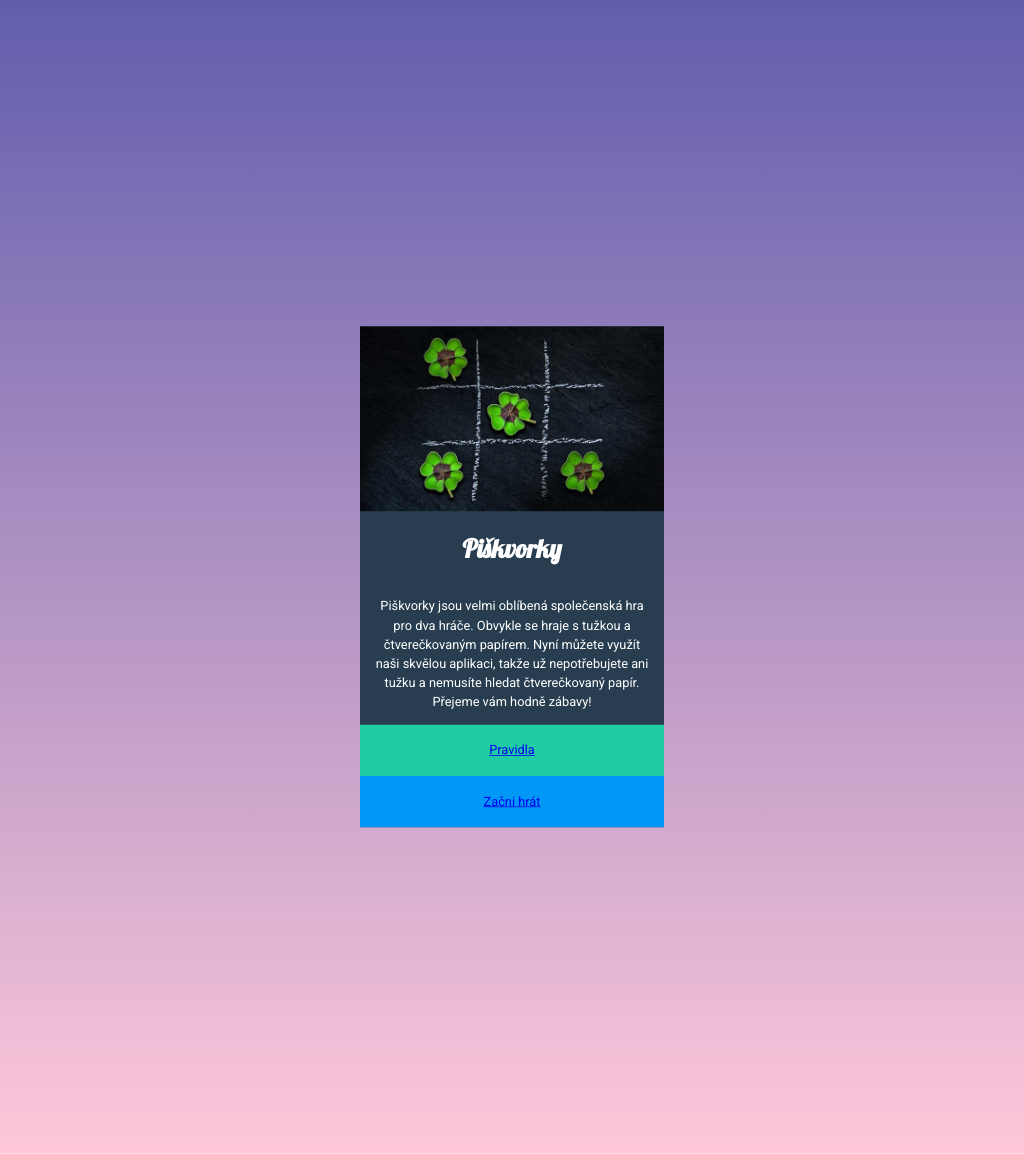
Repository: VerPro/piskvorky
Page: index.html
These files come from the project's save history. The page is drawn as it stood at one moment and after the next save; the edit follows.
The browser window is 1280 px wide. The pictures show the whole page, at 80% of full size.

Above is the page before, as saved 2021-03-24 20:29:23.

### index.html
<!DOCTYPE html>
<html lang="cs">
  <head>
    <meta charset="UTF-8" />
    <meta http-equiv="X-UA-Compatible" content="IE=edge" />
    <meta name="viewport" content="width=device-width, initial-scale=1.0" />
    <title>Piškvorky</title>
    <link rel="preconnect" href="https://fonts.gstatic.com" />
    <link
      href="https://fonts.googleapis.com/css2?family=Lobster&family=Roboto&display=swap"
      rel="stylesheet"
    />
    <link rel="stylesheet" href="styly.css" />
  </head>
  <body>
    <main>
      <img class="uvodniObrazek" src="uvodni.jpg" alt="" />
      <!-- Dodělat ten ALT! -->
      <h1 class="heading1Piskvorky">Piškvorky</h1>

      <p>
        Piškvorky jsou velmi oblíbená společenská hra pro dva hráče. Obvykle se
        hraje s tužkou a čtverečkovaným papírem. Nyní můžete využít naši skvělou
        aplikaci, takže už nepotřebujete ani tužku a nemusíte hledat
        čtverečkovaný papír. Přejeme vám hodně zábavy!
      </p>
      <nav class="buttons">
        <a class="buttonPravidla" href="index.html">Pravidla</a>
        <a class="buttonZacniHrat" href="index.html">Začni hrát</a>
      </nav>
    </main>
  </body>
</html>

### styly.css
body {
  background-image: linear-gradient(#615dad, #ffc8da);
  min-height: 100vh;
  background-repeat: no-repeat;
  background-size: cover;
  font-family: 'Roboto', sans-serif;
  color: #ffffff;
  line-height: 1.5;
  display: flex;
  justify-content: center;
  align-content: center;
  flex-wrap: wrap;
}

h1 {
  font-family: 'Lobster', cursive;
  text-align: center;
}

p {
  text-align: center;
  width: 90%;
}

main {
  display: flex;
  flex-direction: column;
  align-items: center;
  width: 30%;
  /*height: 50%;*/
  margin: 400px;
  background-color: #283e50;
}

nav {
  display: flex;
  flex-direction: column;
  text-align: center;
  width: 100%;
}

.buttonPravidla {
  background-color: #1fcca4;
  padding: 20px;
  flex-grow: 1;
}

.buttonPravidla:hover {
  background-color: #1cbb96;
}

.buttonZacniHrat {
  background-color: #0197f6;
  padding: 20px;
  flex-grow: 1;
}

.buttonZacniHrat:hover {
  background-color: #0090e9;
}

img {
  width: 100%;
}

After the next save:
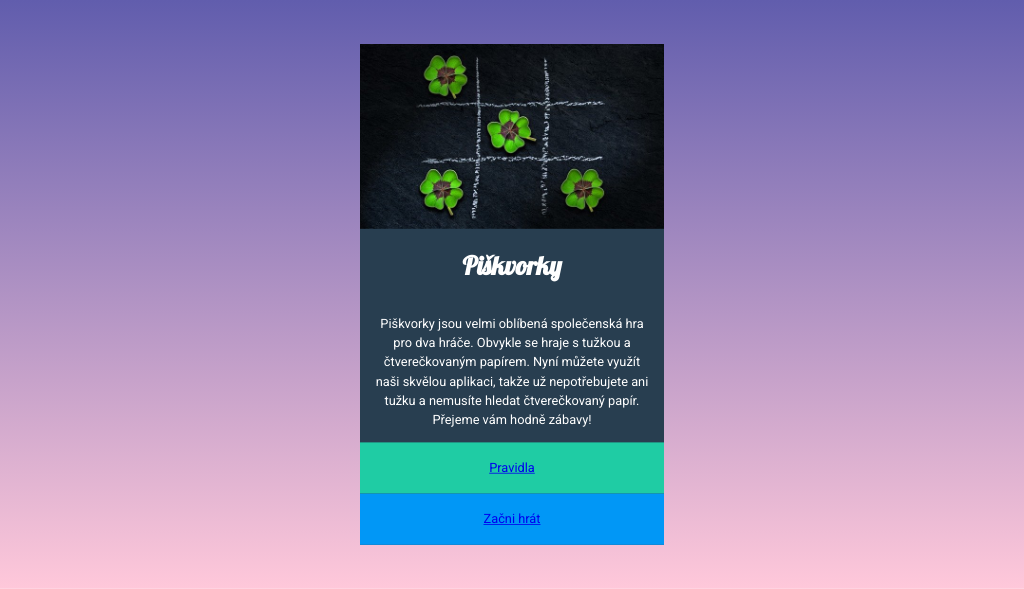
Saved 32 min 36 s later.
--- a/styly.css
+++ b/styly.css
@@ -28,7 +28,7 @@ main {
   align-items: center;
   width: 30%;
   /*height: 50%;*/
-  margin: 400px;
+  margin: 40px;
   background-color: #283e50;
 }
 
